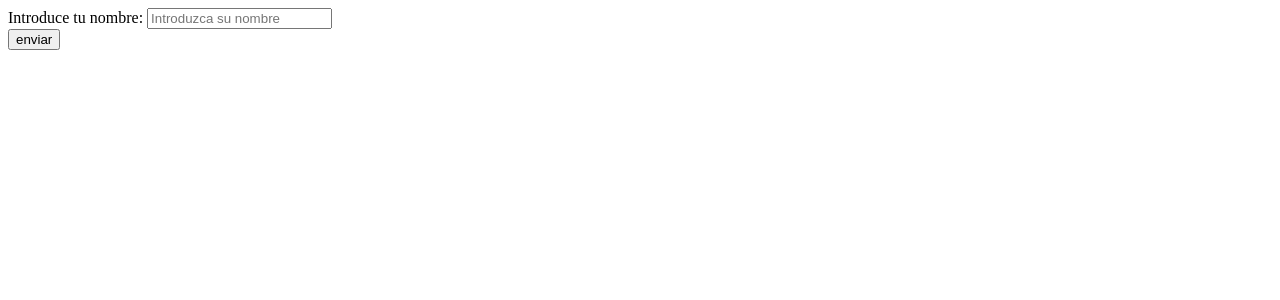
Repository: angegon/Developing-Applications-for-the-Java-EE-Platform
Page: javaee/03_ejemplo_parametros/WebContent/inicio.html
The author's editor kept a copy of each file at every save. The page is drawn from the files as they stood at one save, then again after the next save.
The browser window is 1280 px wide. The pictures show the whole page.

Above is the page before, as saved 2016-12-20 16:09:52.

### javaee/03_ejemplo_parametros/WebContent/inicio.html
<!DOCTYPE html>
<html>
<head>
<meta charset="ISO-8859-1">
<title>Insert title here</title>
</head>
<body>
<form action="parametros" method="post">
	Introduce tu nombre:
	<input type="text" name="nombre" placeholder="Introduzca su nombre"></input>
	<br/>
	<input type="submit" value="enviar"></input>
</form>
</body>
</html>

After the next save:
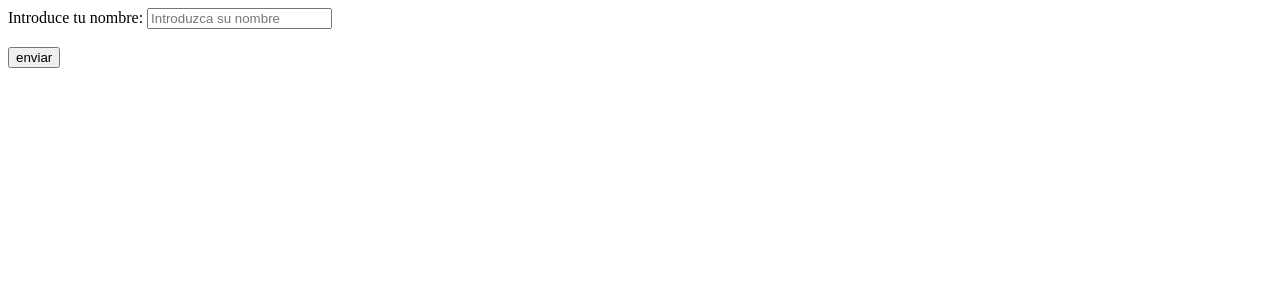
Saved 52 s later.
--- a/javaee/03_ejemplo_parametros/WebContent/inicio.html
+++ b/javaee/03_ejemplo_parametros/WebContent/inicio.html
@@ -7,9 +7,9 @@
 <body>
 <form action="parametros" method="post">
 	Introduce tu nombre:
-	<input type="text" name="nombre" placeholder="Introduzca su nombre"></input>
-	<br/>
-	<input type="submit" value="enviar"></input>
+	<input type="text" name="nombrepersona" placeholder="Introduzca su nombre"/>
+	<br/></br>
+	<input type="submit" value="enviar"/>
 </form>
 </body>
 </html>
